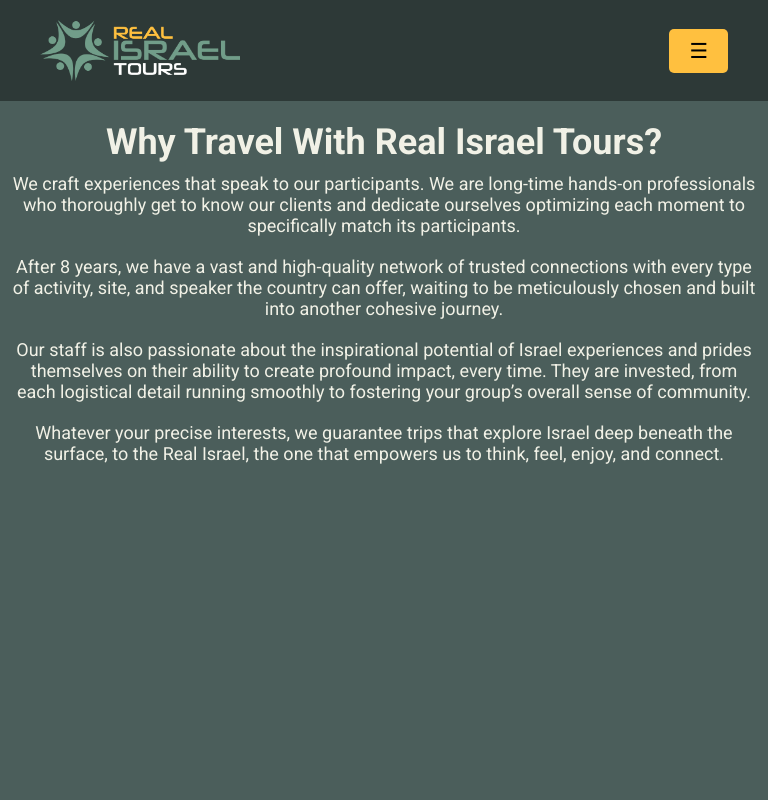
Repository: Pafestivo/realIsraelTours
Page: / (app in frontend/)
An editor plug-in stored every save of this project. The page is shown before and after the next save, followed by the edit.
The browser window is 768 px wide. The pictures show the whole page.
The project was rebuilt for these pictures with package versions that can differ from the ones it lists, and the page was loaded fresh each time. The framework's server and built-in components were replaced by stand-ins that run in the browser. Also part of the build but not shown: frontend/next.config.js.

Above is the page before, as saved 2023-09-19 20:15:36.

After the next save:
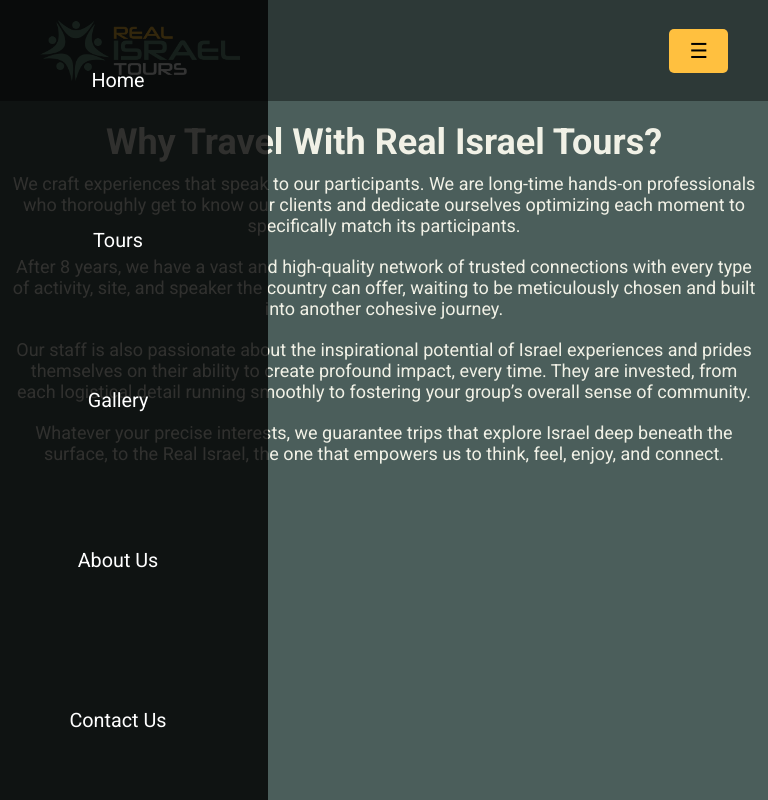
Saved 9 s later.
--- a/frontend/src/styles/header.css
+++ b/frontend/src/styles/header.css
@@ -37,7 +37,7 @@
 @media screen and (max-width: 768px) {
   .navbar {
     position: fixed;
-    right: -500px;
+    right: 500px;
     top: 0;
     bottom: 0;
     width: 300px;
